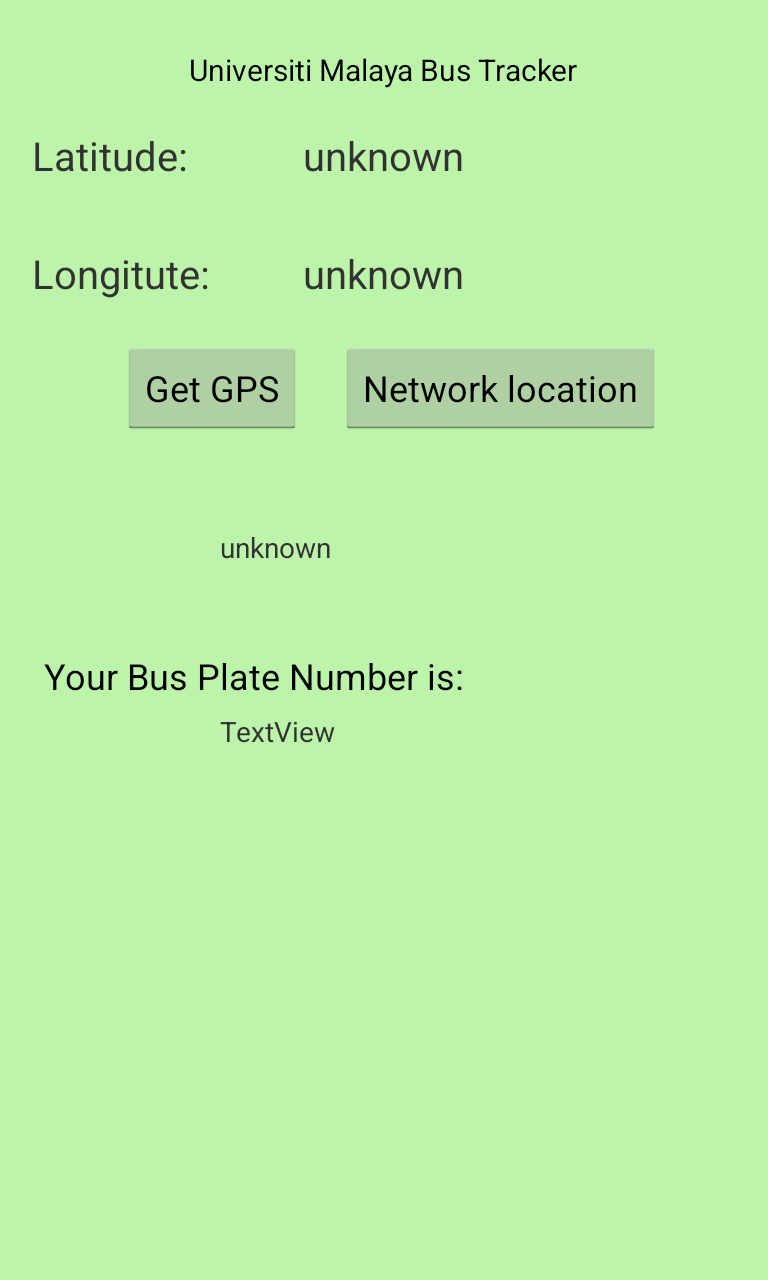
Repository: patheon17/myrepo2
Layout: workspace/UMBusTracker/res/layout/activity_main.xml
These files come from the project's save history. The layout is drawn as it stood at one moment and after the next save; the edit follows.
It is drawn on a 768 x 1280 px phone screen (xhdpi) without system bars, with theme AppTheme; the app's code is not run.

Above is the layout before, as saved 2013-09-29 14:49:26.

### workspace/UMBusTracker/res/layout/activity_main.xml
<RelativeLayout xmlns:android="http://schemas.android.com/apk/res/android"
    xmlns:tools="http://schemas.android.com/tools"
    android:layout_width="match_parent"
    android:layout_height="match_parent"
    android:background="@color/appbackground"
    android:paddingBottom="@dimen/activity_vertical_margin"
    android:paddingLeft="@dimen/activity_horizontal_margin"
    android:paddingRight="@dimen/activity_horizontal_margin"
    android:paddingTop="@dimen/activity_vertical_margin"
    tools:context=".MainActivity" >

    <TextView
        android:id="@+id/TextView02"
        android:layout_width="wrap_content"
        android:layout_height="wrap_content"
        android:layout_centerHorizontal="true"
        android:layout_marginTop="48dp"
        android:text="unknown"
        android:textSize="20dip" />

    <TextView
        android:id="@+id/TextView01"
        android:layout_width="wrap_content"
        android:layout_height="wrap_content"
        android:layout_alignBaseline="@+id/TextView02"
        android:layout_alignBottom="@+id/TextView02"
        android:text="Latitude: "
        android:textSize="20dip" />

    <TextView
        android:id="@+id/TextView04"
        android:layout_width="wrap_content"
        android:layout_height="wrap_content"
        android:layout_alignLeft="@+id/TextView02"
        android:layout_below="@+id/TextView02"
        android:layout_marginTop="32dp"
        android:text="unknown"
        android:textSize="20dip" />

    <TextView
        android:id="@+id/TextView03"
        android:layout_width="wrap_content"
        android:layout_height="wrap_content"
        android:layout_alignBaseline="@+id/TextView04"
        android:layout_alignBottom="@+id/TextView04"
        android:layout_alignLeft="@+id/TextView01"
        android:text="Longitute: "
        android:textSize="20dip" />

    <TextView
        android:id="@+id/title"
        android:layout_width="wrap_content"
        android:layout_height="wrap_content"
        android:layout_above="@+id/TextView01"
        android:layout_centerHorizontal="true"
        android:layout_marginBottom="19dp"
        android:text="@string/Apptitle"
        android:textAppearance="?android:attr/textAppearanceLarge"
        android:textSize="@dimen/titlesize" />

    <Button
        android:id="@+id/button2"
        android:layout_width="wrap_content"
        android:layout_height="wrap_content"
        android:layout_alignLeft="@+id/TextView04"
        android:layout_below="@+id/TextView04"
        android:layout_marginLeft="18dp"
        android:layout_marginTop="20dp"
        android:text="@string/network" />

    <TextView
        android:id="@+id/providerlist"
        android:layout_width="wrap_content"
        android:layout_height="wrap_content"
        android:layout_below="@+id/button2"
        android:layout_marginTop="46dp"
        android:layout_toRightOf="@+id/TextView03"
        android:text="@string/providerslist"
        android:textAppearance="?android:attr/textAppearanceSmall" />

    <Button
        android:id="@+id/button1"
        android:layout_width="wrap_content"
        android:layout_height="wrap_content"
        android:layout_alignBaseline="@+id/button2"
        android:layout_alignBottom="@+id/button2"
        android:layout_toLeftOf="@+id/button2"
        android:text="@string/button1" />

    <TextView
        android:id="@+id/textView1"
        android:layout_width="wrap_content"
        android:layout_height="wrap_content"
        android:layout_alignLeft="@+id/providerlist"
        android:layout_below="@+id/providerlist"
        android:layout_marginTop="73dp"
        android:text="TextView" />

    <TextView
        android:id="@+id/textView2"
        android:layout_width="wrap_content"
        android:layout_height="wrap_content"
        android:layout_alignBottom="@+id/textView1"
        android:layout_alignRight="@+id/TextView04"
        android:layout_marginBottom="25dp"
        android:text="Your Bus Plate Number is:"
        android:textAppearance="?android:attr/textAppearanceMedium" />

</RelativeLayout>

### workspace/UMBusTracker/res/values/styles.xml
<resources>

    <!--
        Base application theme, dependent on API level. This theme is replaced
        by AppBaseTheme from res/values-vXX/styles.xml on newer devices.
    -->
    <style name="AppBaseTheme" parent="android:Theme.Light">
        <!--
            Theme customizations available in newer API levels can go in
            res/values-vXX/styles.xml, while customizations related to
            backward-compatibility can go here.
        -->
    </style>

    <!-- Application theme. -->
    <style name="AppTheme" parent="AppBaseTheme">
        <!-- All customizations that are NOT specific to a particular API-level can go here. -->
    </style>
    <color name="appbackground">#BCF5A9</color>

</resources>

### workspace/UMBusTracker/res/values/dimens.xml
<resources>

    <!-- Default screen margins, per the Android Design guidelines. -->
    <dimen name="activity_horizontal_margin">16dp</dimen>
    <dimen name="activity_vertical_margin">16dp</dimen>
    <dimen name="titlesize">15dp</dimen>

</resources>

### workspace/UMBusTracker/res/values/strings.xml
<?xml version="1.0" encoding="utf-8"?>
<resources>

    <string name="app_name">UM Bus Tracker</string>
    <string name="action_settings">Settings</string>
    <string name="hello_world">Hello world!</string>
    <string name="Apptitle">Universiti Malaya Bus Tracker</string>
    <string name="button1">Get GPS</string>
    <string name="providerstatus">unknown</string>
    <string name="providerslist">unknown</string>
    <string name="gpsstatus">Current GPS status :</string>
    <string name="locprov1">Location Provider</string>
    <string name="network">Network location</string>
    <string name="title_activity_set_plate_num">SetPlateNum</string>

</resources>

Loaded but not shown: workspace/UMBusTracker/res/values-v11/styles.xml (common file); workspace/UMBusTracker/res/values-v14/styles.xml (common file)

After the next save:
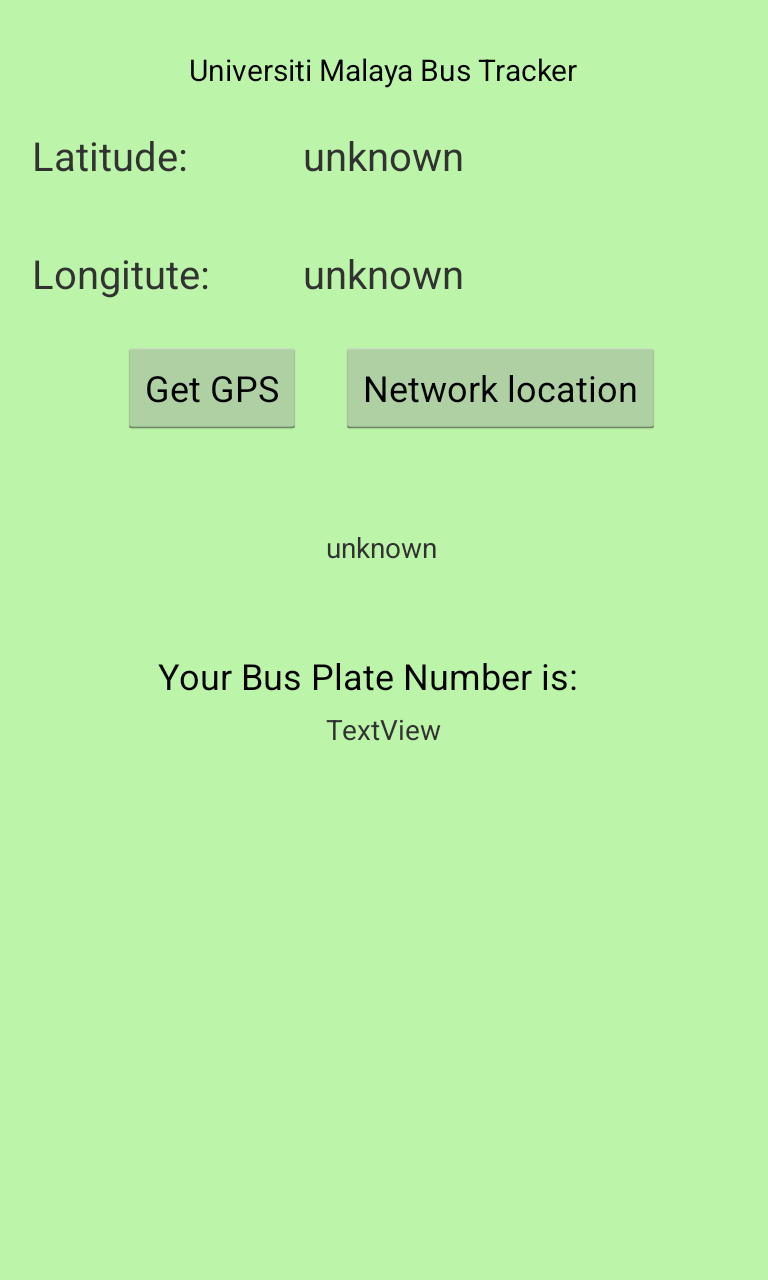
Saved 43 s later.
--- a/workspace/UMBusTracker/res/layout/activity_main.xml
+++ b/workspace/UMBusTracker/res/layout/activity_main.xml
@@ -68,16 +68,6 @@
         android:layout_marginTop="20dp"
         android:text="@string/network" />
 
-    <TextView
-        android:id="@+id/providerlist"
-        android:layout_width="wrap_content"
-        android:layout_height="wrap_content"
-        android:layout_below="@+id/button2"
-        android:layout_marginTop="46dp"
-        android:layout_toRightOf="@+id/TextView03"
-        android:text="@string/providerslist"
-        android:textAppearance="?android:attr/textAppearanceSmall" />
-
     <Button
         android:id="@+id/button1"
         android:layout_width="wrap_content"
@@ -88,22 +78,32 @@
         android:text="@string/button1" />
 
     <TextView
-        android:id="@+id/textView1"
-        android:layout_width="wrap_content"
-        android:layout_height="wrap_content"
-        android:layout_alignLeft="@+id/providerlist"
-        android:layout_below="@+id/providerlist"
-        android:layout_marginTop="73dp"
-        android:text="TextView" />
-
-    <TextView
         android:id="@+id/textView2"
         android:layout_width="wrap_content"
         android:layout_height="wrap_content"
         android:layout_alignBottom="@+id/textView1"
-        android:layout_alignRight="@+id/TextView04"
-        android:layout_marginBottom="25dp"
+        android:layout_alignRight="@+id/title"
+        android:layout_marginBottom="24dp"
         android:text="Your Bus Plate Number is:"
         android:textAppearance="?android:attr/textAppearanceMedium" />
 
+    <TextView
+        android:id="@+id/textView1"
+        android:layout_width="wrap_content"
+        android:layout_height="wrap_content"
+        android:layout_below="@+id/providerlist"
+        android:layout_centerHorizontal="true"
+        android:layout_marginTop="72dp"
+        android:text="TextView" />
+
+    <TextView
+        android:id="@+id/providerlist"
+        android:layout_width="wrap_content"
+        android:layout_height="wrap_content"
+        android:layout_alignLeft="@+id/textView1"
+        android:layout_below="@+id/button2"
+        android:layout_marginTop="46dp"
+        android:text="@string/providerslist"
+        android:textAppearance="?android:attr/textAppearanceSmall" />
+
 </RelativeLayout>
